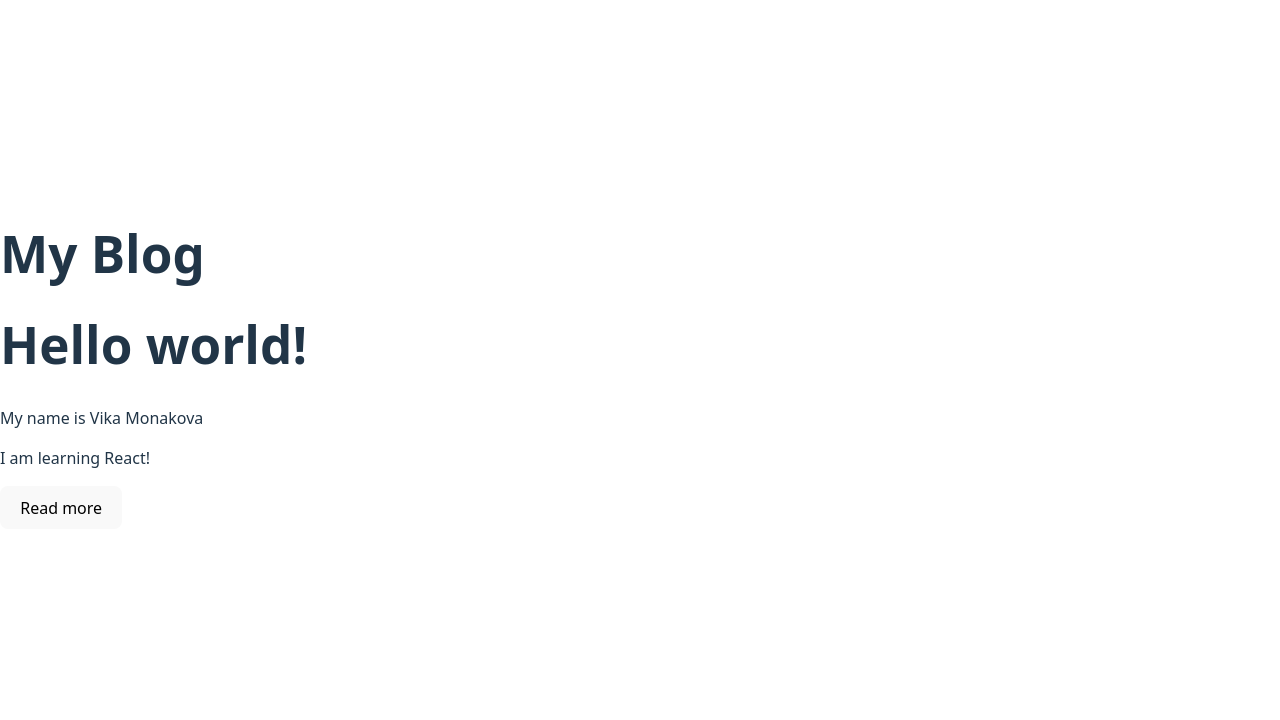
Repository: monavi77/front_web_dev_week1
Page: /
The author's editor kept a copy of each file at every save. The page is drawn from the files as they stood at one save, then again after the next save.
The browser window is 1280 px wide. The pictures show the whole page.
The project was rebuilt for these pictures with package versions that can differ from the ones it lists, and the page was loaded fresh each time. Also part of the build but not shown: vite.config.js.

Above is the page before, as saved 2025-09-10 13:43:46.

After the next save:
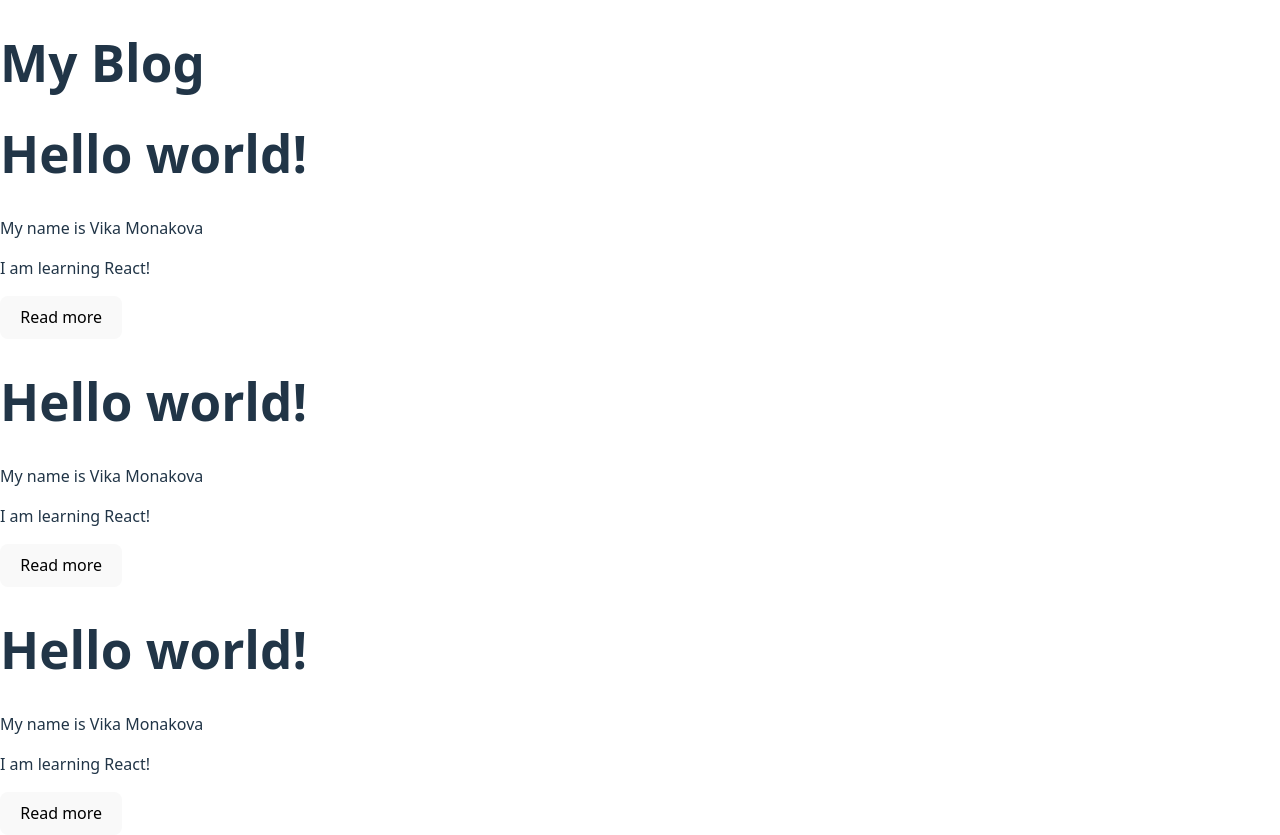
Saved 3 min 6 s later.
--- a/src/App.jsx
+++ b/src/App.jsx
@@ -2,7 +2,12 @@ function App() {
   return (
     <div>
       <h1>My Blog </h1>
-      <BlogEntry />
+      <BlogEntry title="Web Development Made Easy" summary="Hello world!" />
+      <BlogEntry title="Cool cool cool" summary="I am learning React!" />
+      <BlogEntry
+        title="Who said you cannot code"
+        summary="My name is Vika Monakova"
+      />
     </div>
   );
 }
